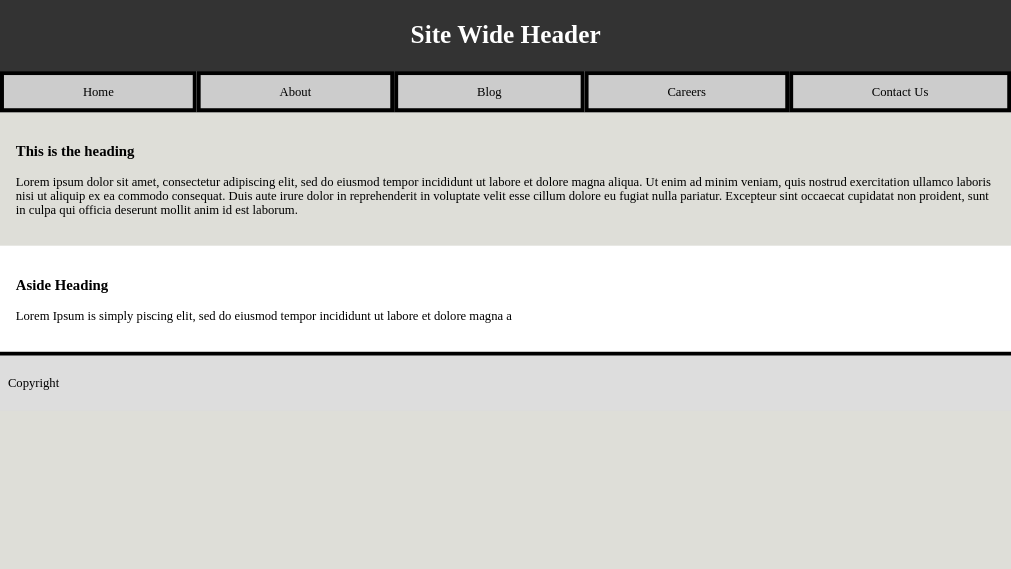
Repository: ayeza-baseer/AssignmentFlexbox
Page: assignment.html
An editor plug-in stored every save of this project. The page is shown before and after the next save, followed by the edit.
The browser window is 1280 px wide. The pictures show the whole page, at 79% of full size.

Above is the page before, as saved 2023-03-17 15:55:41.

### assignment.html
<!DOCTYPE html>
<html lang="en">
<head>
    <title>Assignment</title>
    <link rel="stylesheet" href="assignment.css">


</head>
<body>
<div>
    <header class="header"><h1>
        Site Wide Header
    </h1></header>
    <div class="navbar">
        <a href="#">Home</a>
        <a href="#">About</a>
        <a href="#">Blog</a>
        <a href="#">Careers</a>
        <a href="#">Contact Us</a>
      </div>
    <div class="row">
      <div class="main">
        <h3>This is the heading</h3>
        <p>Lorem ipsum dolor sit amet, consectetur adipiscing elit, sed do eiusmod tempor incididunt ut labore et dolore magna aliqua. Ut enim ad minim veniam, quis nostrud exercitation ullamco laboris nisi ut aliquip ex ea commodo consequat. Duis aute irure dolor in reprehenderit in voluptate velit esse cillum dolore eu fugiat nulla pariatur. Excepteur sint occaecat cupidatat non proident, sunt in culpa qui officia deserunt mollit anim id est laborum.</p>
      </div>
      <div class="aside">
        <h3>Aside Heading</h3>
        <p>Lorem Ipsum is simply  piscing elit, sed do eiusmod tempor incididunt ut labore et dolore magna a</p>
      </div>
    </div>
</div>



<footer class="footer">
    <p>Copyright</p>
</footer>

</body>
</html>

### assignment.css
.header {
  padding: 5px;
  background-color: #333;
  color: #ccc;

  text-align: center;

  color: white;
}

body {
  margin: 0;
  background-color: #deded8;
}

.navbar {
  display: flex;
  background-color: black;
}

.navbar a {
  color: black;

  background-color: #ccc;
  padding: 12px 12px;
  text-decoration: none;
  text-align: center;
  flex-grow: 1;
  border: 5px solid black;
}

.navbar a:hover {
  color: red;
  border: 5px solid red;
}

.row {
  display: flex;
  flex-wrap:wrap
}

.row > .aside {
  flex: 1 1 30%;
  background-color: white;

  padding: 20px;
}

/* Main column */
.row >.main {
  flex:1 1 70%;
  padding: 20px;
}

.footer {

    padding: 10px;
    border-top: 5px solid black;
    background: #ddd;
  }




  @media  screen and (max-width: 700px) {
    .row {
        flex-direction: column;
      }

      .navbar{
        display: none;
      }
  }

  /* @media screen and (min-width: 421px) {
    .navbar{
        order:1
      }
  } */

After the next save:
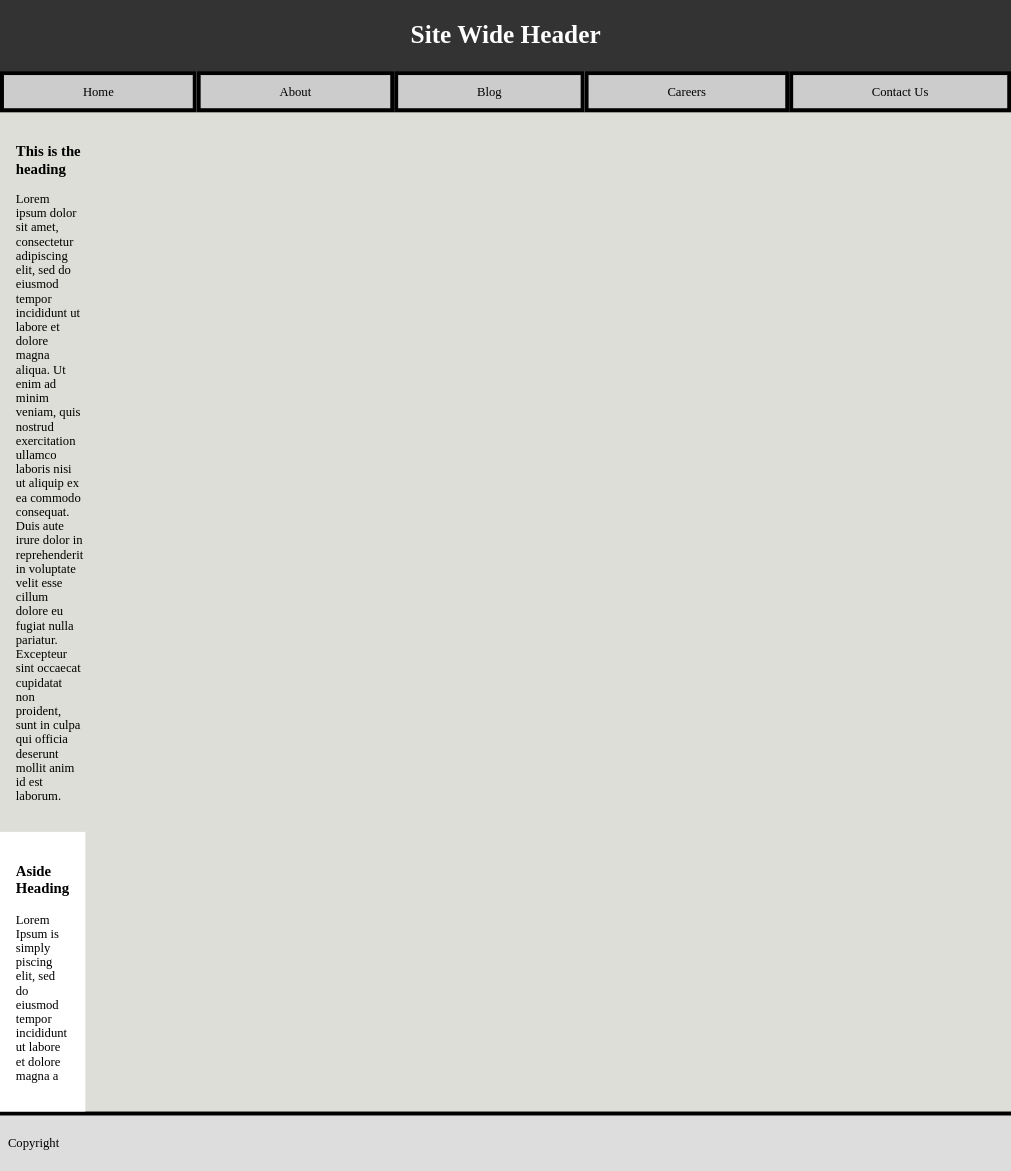
Saved 90 s later.
--- a/assignment.css
+++ b/assignment.css
@@ -36,7 +36,8 @@
 
 .row {
   display: flex;
-  flex-wrap:wrap
+  flex-wrap:wrap;
+  width: 100px;
 }
 
 .row > .aside {

After the save that followed:
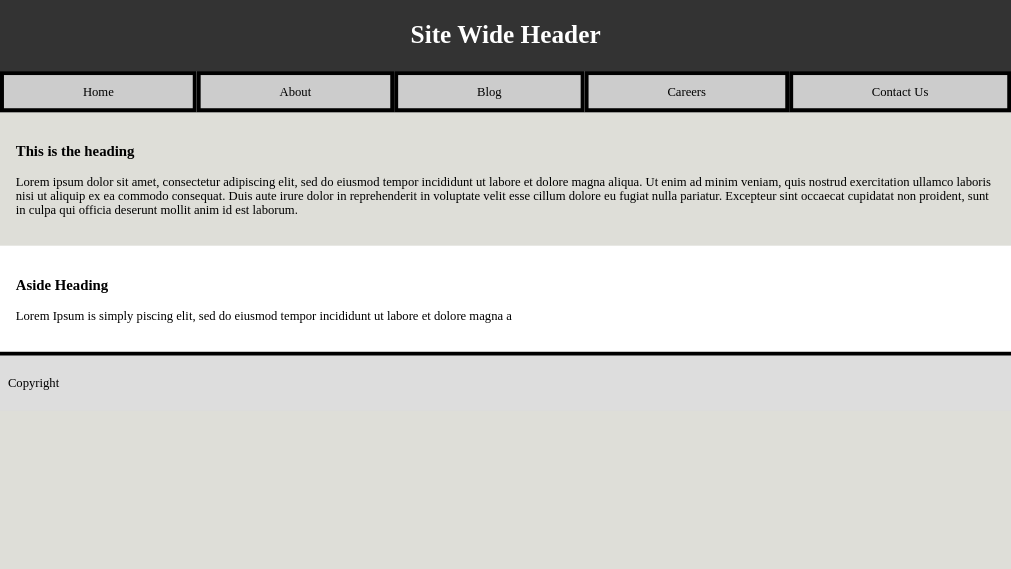
Saved 23 s later.
--- a/assignment.css
+++ b/assignment.css
@@ -37,7 +37,7 @@
 .row {
   display: flex;
   flex-wrap:wrap;
-  width: 100px;
+  width: 100%;
 }
 
 .row > .aside {
